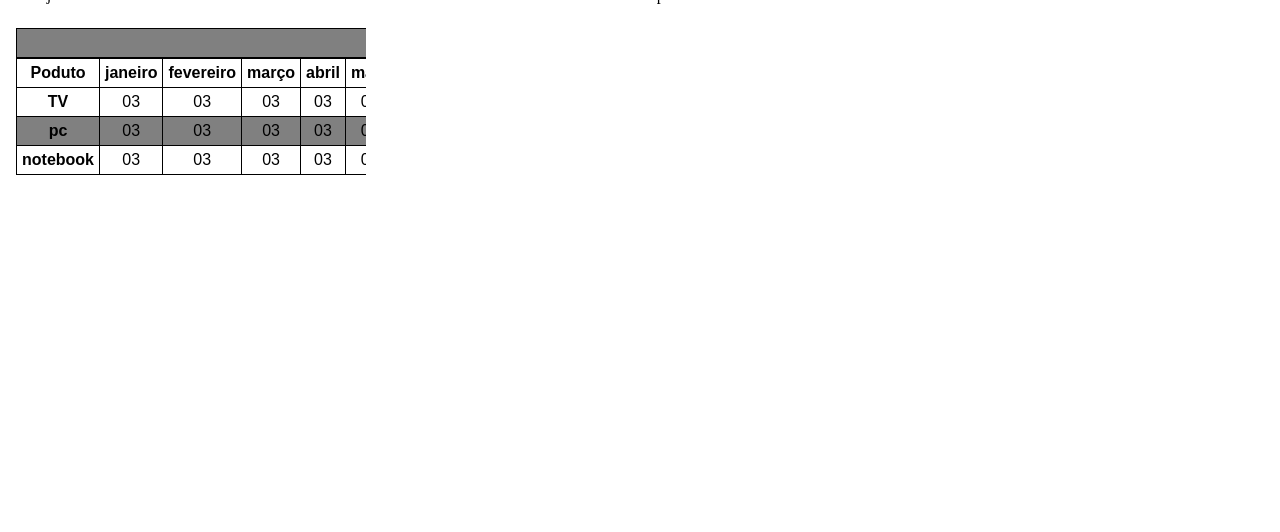
Repository: Lucianorodriguesdev/cursoHTML-CSS
Page: ex024/iframe.html
An editor plug-in stored every save of this project. The page is shown before and after the next save, followed by the edit.
The browser window is 1280 px wide. The pictures show the part of the page from y = 456 to 992 px (the page is 988 px tall before and 992 px after).

Above is the page before, as saved 2026-06-24 13:48:10.

After the next save:
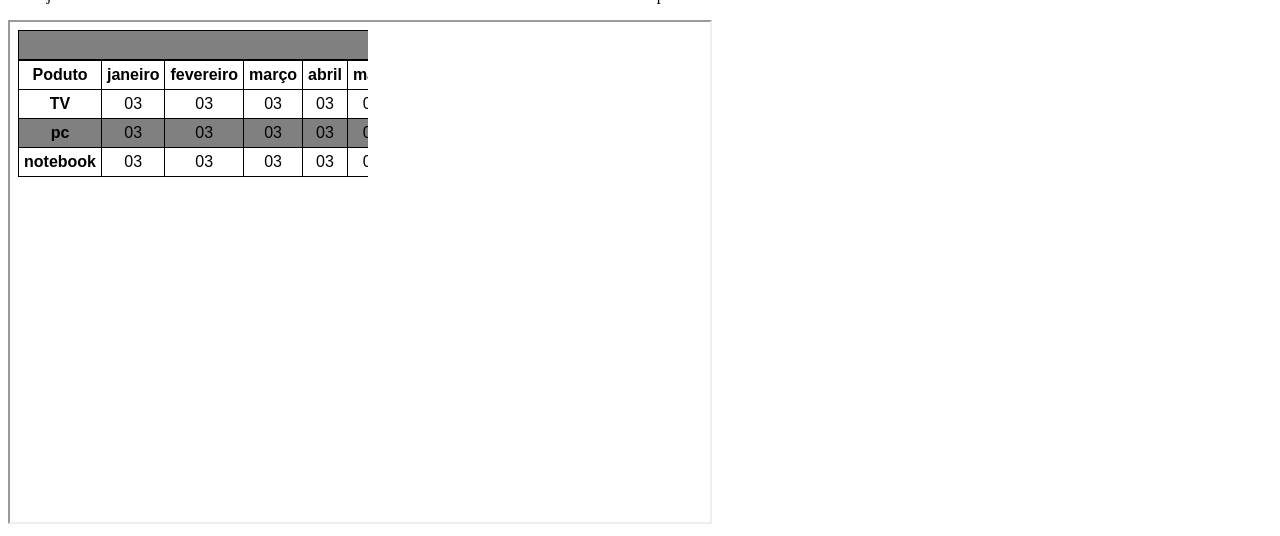
Saved 16 s later.
--- a/ex024/iframe.html
+++ b/ex024/iframe.html
@@ -12,6 +12,6 @@
         Nessa aula trabalharemos com iframe
     </h1>
     <p> com  ajuda do <iframe src="https://www.cursoemvideo.com" frameborder="0" width="500" height="350"></iframe> iremos aprender utilizar iframes</p>
-    <iframe src="responsividade-tabela.html" frameborder="0" width="700px" height="500px"></iframe>
+    <iframe src="responsividade-tabela.html" frameborder="1" width="700px" height="500px"></iframe>
 </body>
 </html>
